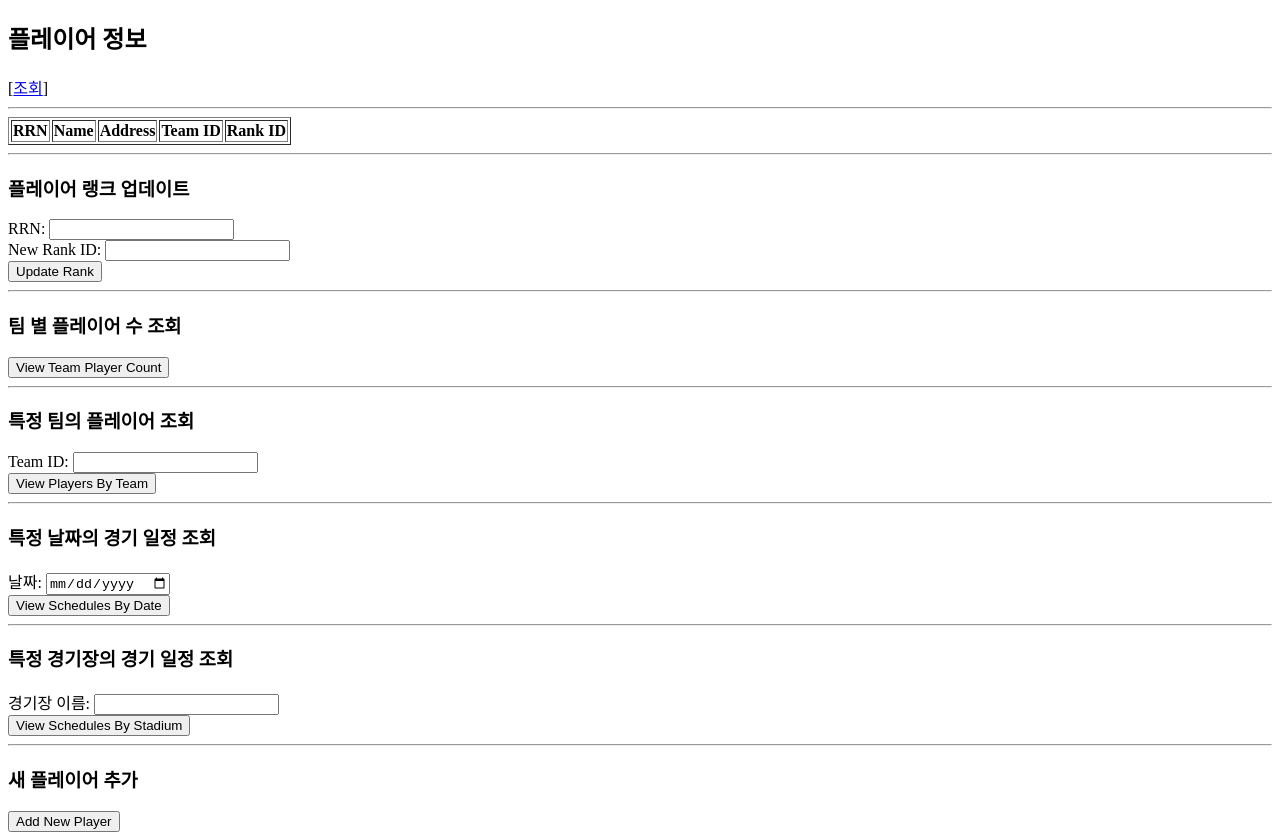
Repository: HappiKing/KNU_Database_ORACLE
Page: http://localhost/gg/playerControl?action=list
The author's editor kept a copy of each file at every save. The page is drawn from the files as they stood at one save, then again after the next save.
The browser window is 1280 px wide. The pictures show the whole page.
The page is served by Tomcat 9. Other server files are loaded and not shown. Queries for data that is not in the repository find no rows.

Above is the page before, as saved 2024-06-17 17:05:13.

### DB_futsal/test/gg/src/main/webapp/futsal/playerInfo.jsp
<%@ page language="java" contentType="text/html; charset=UTF-8"
    pageEncoding="UTF-8"%>
<%@ taglib uri="http://java.sun.com/jsp/jstl/core" prefix="c" %>

<!DOCTYPE html>
<html>
<head>
<meta charset="UTF-8">
<title>플레이어 정보</title>
</head>
<body>
  <h2>플레이어 정보</h2>[<a href="/gg/playerControl?action=list">조회</a>]
  <hr>
  <table border="1">
    <tr>
      <th>RRN</th>
      <th>Name</th>
      <th>Address</th>
      <th>Team ID</th>
      <th>Rank ID</th>
    </tr>
    <c:forEach items="${players}" var="p">
      <tr>
        <td>${p.RRN}</td>
        <td>${p.NAME}</td>
        <td>${p.ADDRESS}</td>
        <td>${p.TEAM_ID}</td>
        <td>${p.RANK_ID}</td>
      </tr>
    </c:forEach>
  </table>
  <hr>

  <h3>플레이어 랭크 업데이트</h3>
  <form action="/gg/playerControl" method="post">
    <input type="hidden" name="action" value="updateRank">
    RRN: <input type="text" name="rrn"><br>
    New Rank ID: <input type="text" name="newRankId"><br>
    <input type="submit" value="Update Rank">
  </form>
  <hr>

  <h3>팀 별 플레이어 수 조회</h3>
  <form action="/gg/playerControl" method="post">
    <input type="hidden" name="action" value="teamPlayerCount">
    <input type="submit" value="View Team Player Count">
  </form>
  <hr>

 <h3>특정 팀의 플레이어 조회</h3>
  <form action="/gg/playerControl" method="post">
    <input type="hidden" name="action" value="playersByTeam">
    Team ID: <input type="text" name="teamId"><br>
    <input type="submit" value="View Players By Team">
  </form>
  <hr>

  <h3>특정 날짜의 경기 일정 조회</h3>
  <form action="/gg/playerControl" method="get">
    <input type="hidden" name="action" value="scheduleInfo">
    날짜: <input type="date" name="date"><br>
    <input type="submit" value="View Schedules By Date">
  </form>
  <hr>

  <h3>특정 경기장의 경기 일정 조회</h3>
  <form action="/gg/playerControl" method="get">
    <input type="hidden" name="action" value="schedulesByStadium">
    경기장 이름: <input type="text" name="stadiumName"><br>
    <input type="submit" value="View Schedules By Stadium">
  </form>
  <hr>

  <h3>새 플레이어 추가</h3>
  <form action="/gg/playerControl" method="get">
    <input type="hidden" name="action" value="addPlayer">
    <input type="submit" value="Add New Player">
  </form>


</body>
</html>

### DB_futsal/test/gg/src/main/java/sco/PlayerControl.java
package sco;

import java.io.IOException;
import java.sql.Date;

import javax.servlet.ServletConfig;
import javax.servlet.ServletException;
import javax.servlet.annotation.WebServlet;
import javax.servlet.http.HttpServlet;
import javax.servlet.http.HttpServletRequest;
import javax.servlet.http.HttpServletResponse;

@WebServlet("/playerControl")
public class PlayerControl extends HttpServlet {
    private static final long serialVersionUID = 1L;

    PlayerDAO dao;

    public void init(ServletConfig config) throws ServletException {
        super.init(config);
        dao = new PlayerDAO();
    }

    protected void service(HttpServletRequest request, HttpServletResponse response) throws ServletException, IOException {
        request.setCharacterEncoding("utf-8");
        String action = request.getParameter("action");
        String view = "";

        if(action == null) {
            getServletContext().getRequestDispatcher("/playerControl?action=list").forward(request, response);
        } else {
            switch(action) {
            case "list": view = list(request, response); break;
            case "updateRank": view = updateRank(request, response); break;
            case "teamPlayerCount": view = teamPlayerCount(request, response); break;
            case "playersByTeam": view = playersByTeam(request, response); break;
            case "schedulesByDate": view = schedulesByDate(request, response); break;
            case "schedulesByStadium": view = schedulesByStadium(request, response); break;
            case "addPlayer": view = addPlayer(request, response); break;

            // 추가적인 비즈니스 로직 메소드 호출 추가
            }
            getServletContext().getRequestDispatcher("/futsal/" + view).forward(request, response);
        }
    }

    private String list(HttpServletRequest request, HttpServletResponse response) {
        request.setAttribute("players", dao.getAll());
        return "playerInfo.jsp";
    }

    private String updateRank(HttpServletRequest request, HttpServletResponse response) {
        String rrn = request.getParameter("rrn");
        String newRankId = request.getParameter("newRankId");
        dao.updateRank(rrn, newRankId);
        return "playerInfo.jsp";
    }

    private String teamPlayerCount(HttpServletRequest request, HttpServletResponse response) {
        request.setAttribute("teamPlayerCounts", dao.getTeamPlayerCount());
        return "teamPlayerCount.jsp";
    }

    private String playersByTeam(HttpServletRequest request, HttpServletResponse response) {
        String teamId = request.getParameter("teamId");
        request.setAttribute("players", dao.getPlayersByTeam(teamId));
        return "playerInfo.jsp";
    }

    private String schedulesByDate(HttpServletRequest request, HttpServletResponse response) {
        Date date = Date.valueOf(request.getParameter("date"));
        request.setAttribute("schedules", dao.getSchedulesByDate(date));
        return "scheduleInfo.jsp";
    }

    private String schedulesByStadium(HttpServletRequest request, HttpServletResponse response) {
        String stadiumName = request.getParameter("stadiumName");
        request.setAttribute("schedules", dao.getSchedulesByStadium(stadiumName));
        return "scheduleInfo.jsp";
    }

    private String addPlayer(HttpServletRequest request, HttpServletResponse response) {
        Player player = new Player();
        player.setRRN(request.getParameter("RRN"));
        player.setNAME(request.getParameter("NAME"));
        player.setADDRESS(request.getParameter("ADDRESS"));
        player.setTEAM_ID(request.getParameter("TEAM_ID"));
        player.setRANK_ID(request.getParameter("RANK_ID"));
        dao.addPlayer(player);
        return list(request, response);
    }
}

After the next save:
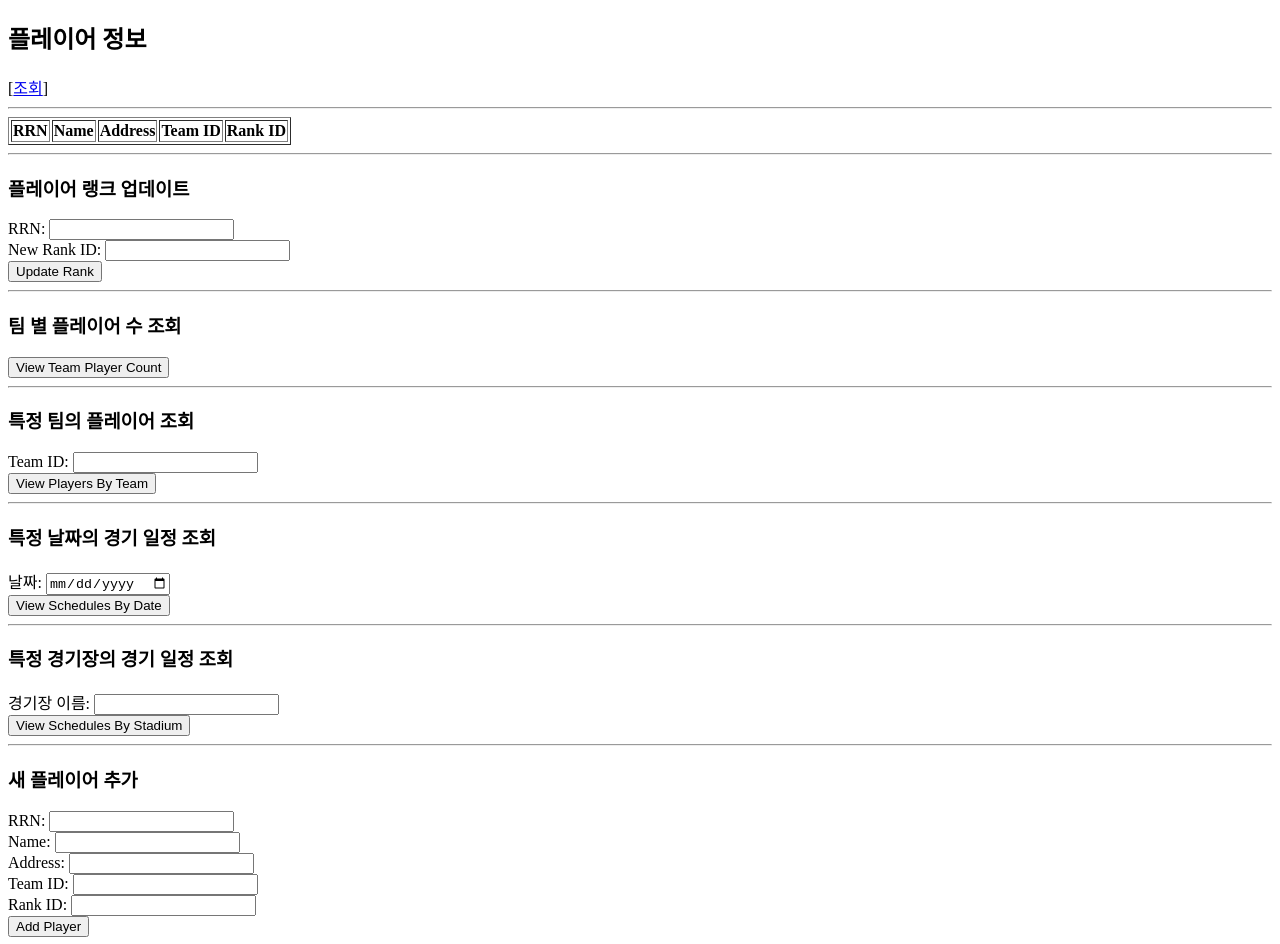
Saved 8 min 23 s later.
--- a/DB_futsal/test/gg/src/main/webapp/futsal/playerInfo.jsp
+++ b/DB_futsal/test/gg/src/main/webapp/futsal/playerInfo.jsp
@@ -72,9 +72,14 @@
   <hr>
 
   <h3>새 플레이어 추가</h3>
-  <form action="/gg/playerControl" method="get">
+  <form action="/gg/playerControl" method="post">
     <input type="hidden" name="action" value="addPlayer">
-    <input type="submit" value="Add New Player">
+    RRN: <input type="text" name="rrn" required><br>
+    Name: <input type="text" name="name" required><br>
+    Address: <input type="text" name="address" required><br>
+    Team ID: <input type="text" name="teamId" required><br>
+    Rank ID: <input type="text" name="rankId" required><br>
+    <input type="submit" value="Add Player">
   </form>
 
 
